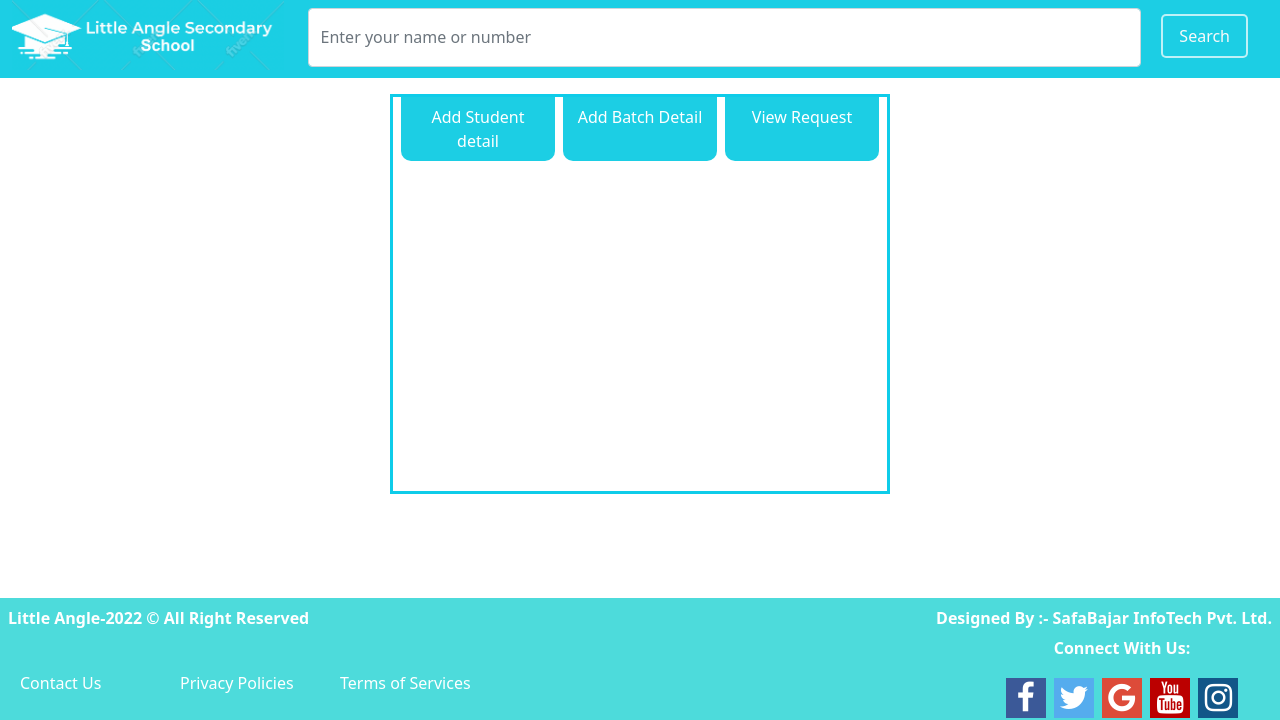
Repository: Sjuicyy/School-Project
Page: home2.html
An editor plug-in stored every save of this project. The page is shown before and after the next save, followed by the edit.
The browser window is 1280 px wide. The pictures show the whole page.

Above is the page before, as saved 2022-09-18 14:33:11.

After the next save:
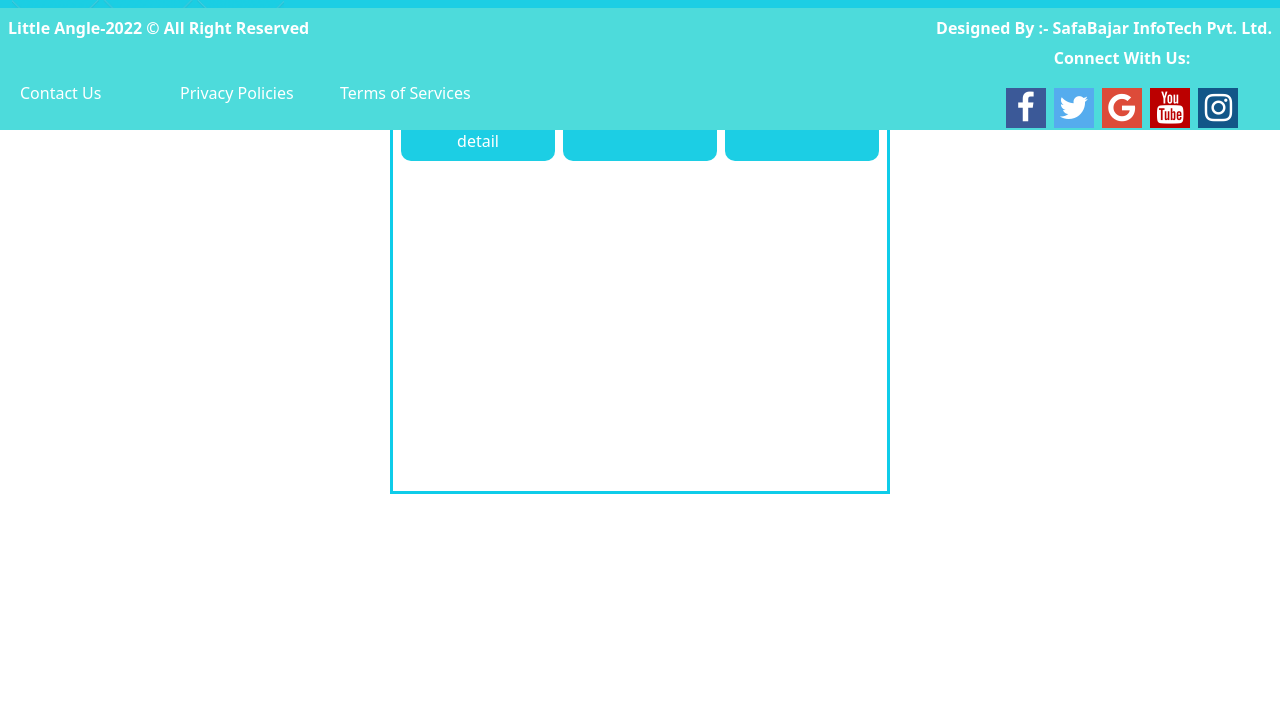
Saved 6 s later.
--- a/home2.html
+++ b/home2.html
@@ -271,7 +271,7 @@
         <!-- footer start -->
 
 
-        <div class="footer mt-2 fixed-bottom">
+        <div class="footer mt-2 fixed-top">
             <div class="row ">
                 <div class="col mx-2 mt-2" style="text-align:left"> <b>Little Angle-2022 © All Right Reserved</b> </div>
                 <div class="col mx-2 mt-2" style="text-align:right">

After the save that followed:
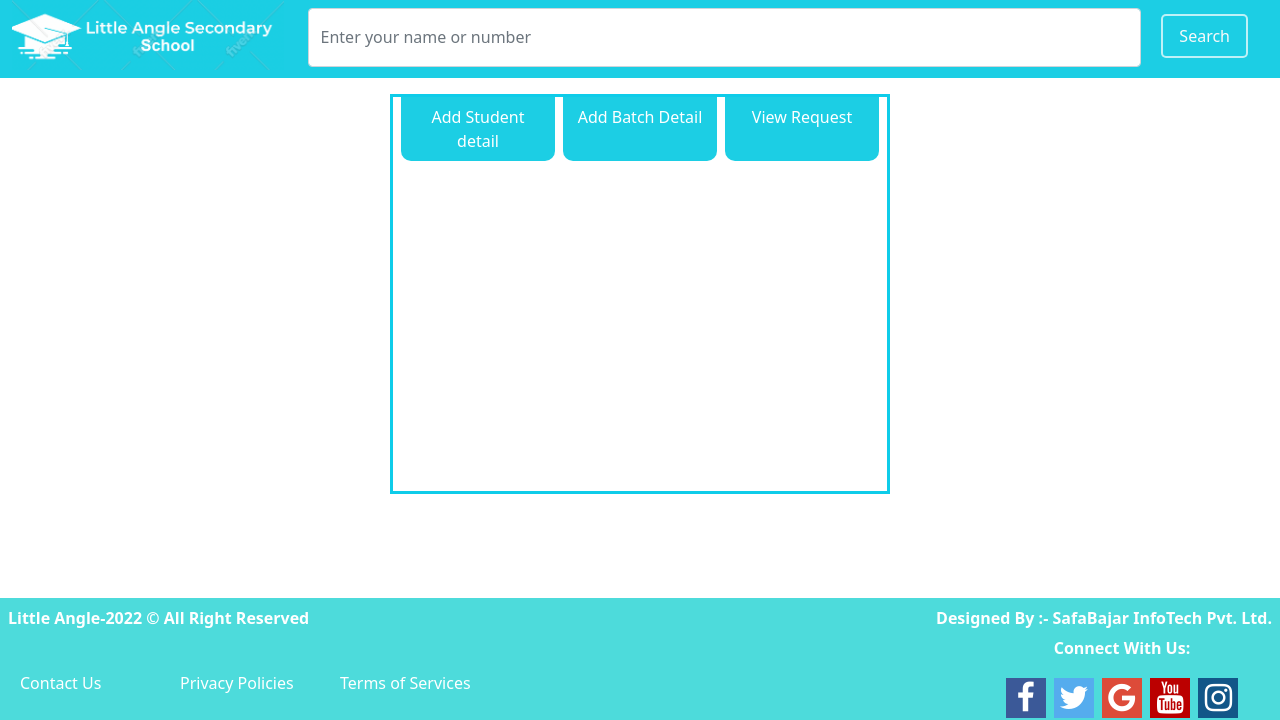
Saved 6 s later.
--- a/home2.html
+++ b/home2.html
@@ -271,7 +271,7 @@
         <!-- footer start -->
 
 
-        <div class="footer mt-2 fixed-top">
+        <div class="footer mt-2 fixed-bottom">
             <div class="row ">
                 <div class="col mx-2 mt-2" style="text-align:left"> <b>Little Angle-2022 © All Right Reserved</b> </div>
                 <div class="col mx-2 mt-2" style="text-align:right">
